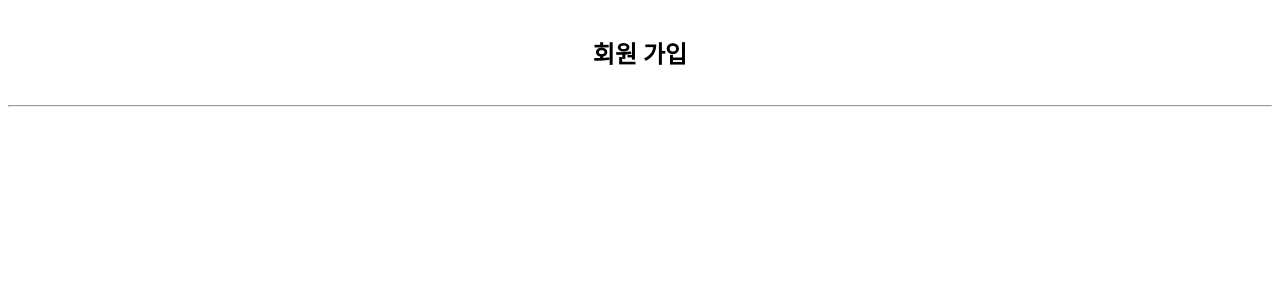
Repository: ineble/sql
Page: http://localhost/text/01/text1.jsp
An editor plug-in stored every save of this project. The page is shown before and after a run of saves, followed by the edit.
The browser window is 1280 px wide. The pictures show the whole page.
Empty fields were first filled with sample values (such as "Sample", 5 or name@example.com).
After loading, the first visible `button` was clicked once.
The page is served by Tomcat 9.

Above is the page before, as saved 2022-07-15 07:59:07.

### text/src/main/webapp/01/text1.jsp
<%@ page language="java" contentType="text/html; charset=UTF-8"
	pageEncoding="UTF-8"%>
<!DOCTYPE html>
<html>
<head>
<meta charset="UTF-8">
<title>회원 가입 폼 만들기 예제</title>
<style>
h2 {
	border-radius: 5px;
	background-color: white;
	text-align: center;
	padding: 15px 0;
}

#regform {
	padding: 15px 20px;
	border-radius: 10px;
	maring: auto;
	width: 50%;
	background-color: SandyBrown;
}
</style>
<script>
	function signUp(){
		alert("정말로 가입하시겠습니까?");
		document.getElementById("regform").style.display = "none";
		document.getElementById("rname").innerHTML = document.form1.name.value;
		document.getElementById("remail").innerHTML = document.form1.email.value;
		document.getElementById("regform").style.display = "none";

	}
</script>

</head>
<body>
	<h2>회원 가입</h2>
	<hr>
	<div id="regform">
		<form name="form1">
			<label>이름</label><br> <input type="text" name="email" size="40"><br>
			<hr>
			<label>이메일</label><br> <input type="email" name="email"
				size="40"><br>
			<button type="button" onclick="signUp()">가입</button>
		</form>
	</div>
	<div id="result" class="result">
		<h3>가입 정보</h3>
		<hr>
		이름 : <span id="rname"></span><br> 이메일 : <span id="remail"></span><br>
	</div>
	<script>
		document.getElementById("result").style.display = "none";
	</script>

</body>
</html>

After the next 2 saves:
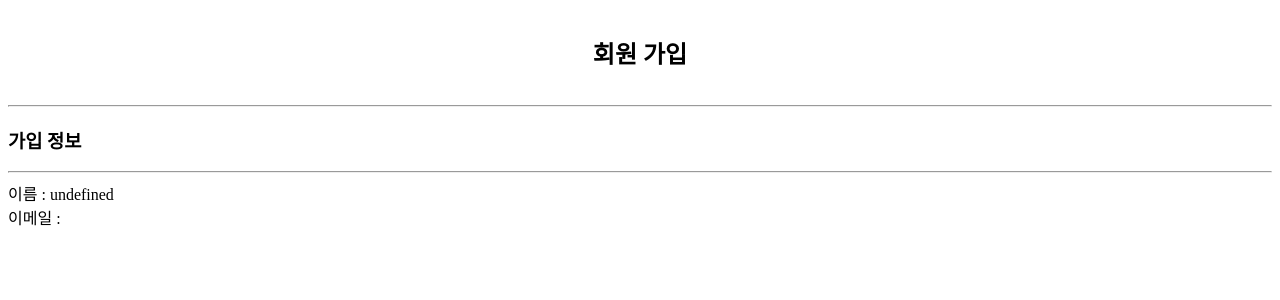
The 2 saves are shown as one change because they came seconds apart.
The last was saved 55 s later.
--- a/text/src/main/webapp/01/text1.jsp
+++ b/text/src/main/webapp/01/text1.jsp
@@ -27,7 +27,7 @@ h2 {
 		document.getElementById("regform").style.display = "none";
 		document.getElementById("rname").innerHTML = document.form1.name.value;
 		document.getElementById("remail").innerHTML = document.form1.email.value;
-		document.getElementById("regform").style.display = "none";
+		document.getElementById("result").setAttribute("style","display: block; backgroud-color:KhaKi;")
 
 	}
 </script>
